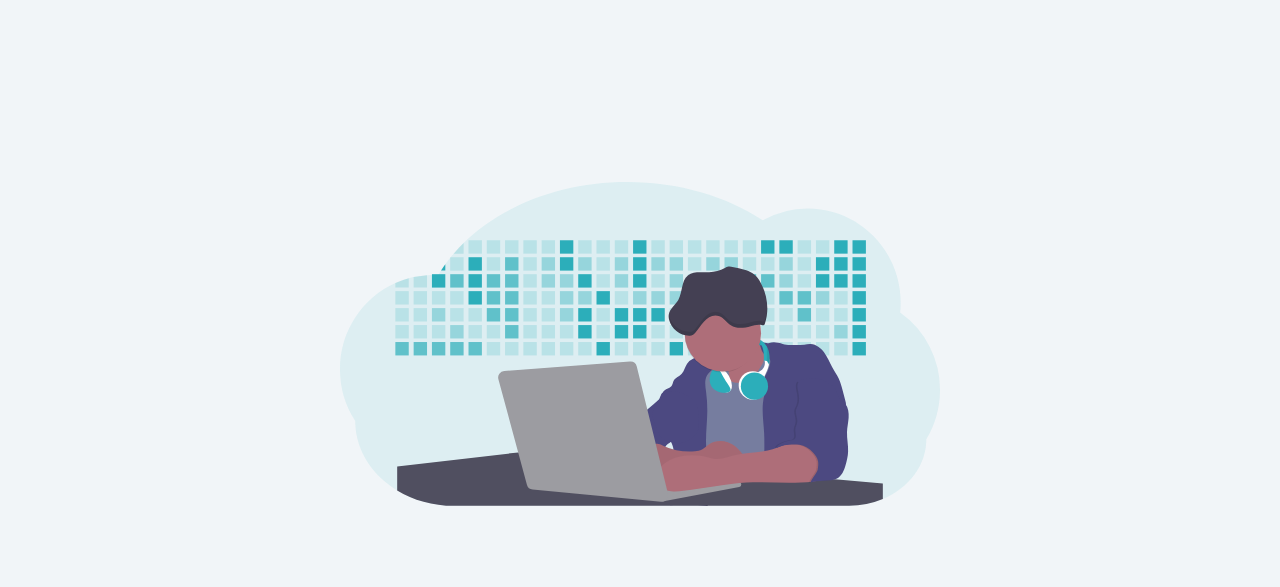
Repository: MateuszWorek/react-search-github-users
Page: /login
These files come from the project's save history. The page is drawn as it stood at one moment and after the next save; the edit follows.
The browser window is 1280 px wide. The pictures show the whole page.
The project was rebuilt for these pictures with package versions that can differ from the ones it lists, and the page was loaded fresh each time. Also part of the build but not shown: src/components/Info.js, src/components/Charts/ExampleChart.js, src/components/Charts/Column3D.js, src/components/Charts/Bar3D.js, src/components/Charts/Pie3D.js, src/components/Charts/Doughnut2d.js, src/components/Charts/index.js, src/components/Repos.js and 10 more.

Above is the page before, as saved 2021-01-25 20:55:31.

After the next save:
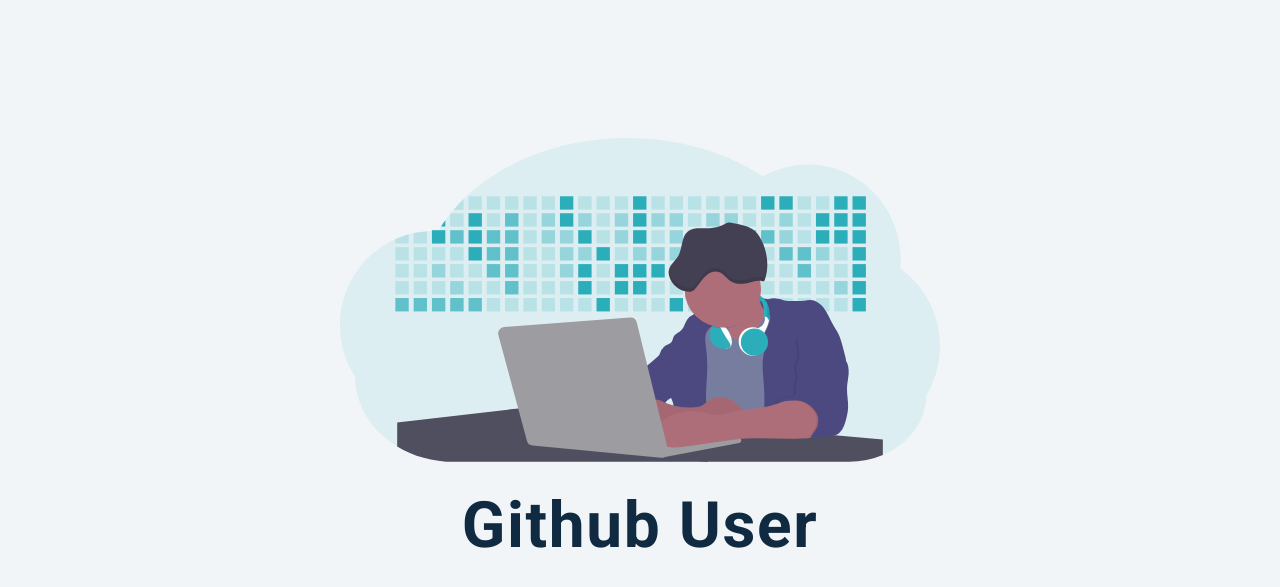
Saved 11 s later.
--- a/src/pages/Login.js
+++ b/src/pages/Login.js
@@ -6,6 +6,7 @@ const Login = () => {
   return <Wrapper>
     <div className="container">
       <img src={ loginImg } alt="github user"/>
+      <h1>github user</h1>
     </div>
   </Wrapper>;
 };
